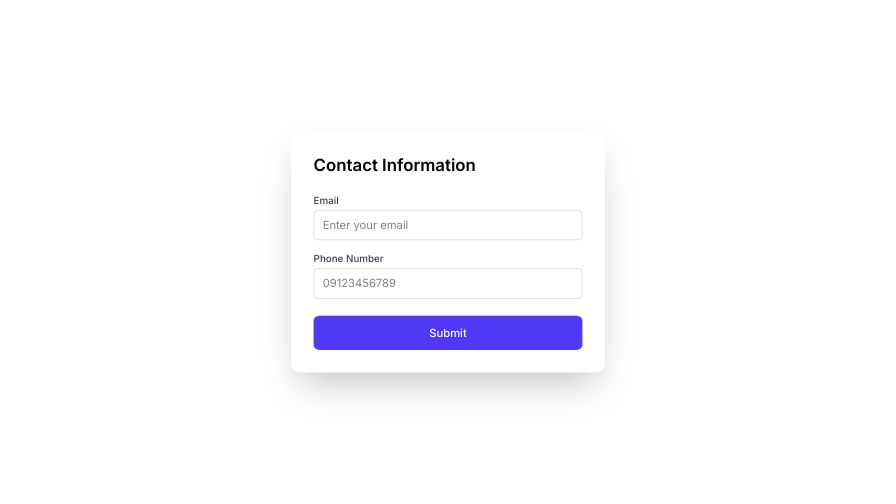
Repository: Rickyy1017/online-bookstore
Page: / (app in frontend/)
These files come from the project's save history. The page is drawn as it stood at one moment and after a run of saves; the edit follows.
The browser window is 1280 px wide. The pictures show the part of the page from y = 0 to 1920 px (the page is 720 px tall before and 4488 px after), at 70% of full size.
The project was rebuilt for these pictures with package versions that can differ from the ones it lists, and the page was loaded fresh each time. The framework's server and built-in components were replaced by stand-ins that run in the browser. Also part of the build but not shown: frontend/next.config.ts.

Above is the page before, as saved 2025-10-16 21:31:51.

### frontend/app/layout.tsx
import type { Metadata } from "next";
import { Geist, Geist_Mono } from "next/font/google";
import "./globals.css";
import { Toaster } from "react-hot-toast";

const geistSans = Geist({
  variable: "--font-geist-sans",
  subsets: ["latin"],
});

const geistMono = Geist_Mono({
  variable: "--font-geist-mono",
  subsets: ["latin"],
});

export const metadata: Metadata = {
  title: "Create Next App",
  description: "Generated by create next app",
};

export default function RootLayout({
  children,
}: Readonly<{
  children: React.ReactNode;
}>) {
  return (
    <html lang="en" suppressHydrationWarning>
      <body
        className={`${geistSans.variable} ${geistMono.variable} antialiased`}
      >
        {children}
        <Toaster position="top-right" />
      </body>
    </html>
  );
}

### frontend/app/page.tsx
"use client";

import { useState, useEffect } from 'react';
import Image from 'next/image';
import Link from 'next/link';
import toast from 'react-hot-toast';

type CartItem = {
  title: string;
  price: number;
  type: string;
};

export default function Page() {
  const [cart, setCart] = useState<CartItem[]>([]);
  const [isModalOpen, setIsModalOpen] = useState(false);
  const [isBannerVisible, setIsBannerVisible] = useState(true);
  const [hasSubmitted, setHasSubmitted] = useState(false);
  const [showModal, setShowModal] = useState(false);
  const [email, setEmail] = useState('');
  const [phone, setPhone] = useState('');
  const [emailError, setEmailError] = useState('');
  const [phoneError, setPhoneError] = useState('');

  const addToCart = (title: string, price: number, type: string) => {
    setCart(prev => [...prev, { title, price, type }]);
    toast.success(`${title} (${type}) added to cart!`);
  };

  const viewCart = () => {
    setIsModalOpen(true);
  };

  const closeCart = () => {
    setIsModalOpen(false);
  };

  const checkout = () => {
    toast('Checkout functionality not implemented yet.', { icon: 'ℹ️' });
  };

  const validateEmail = (email: string) => {
    const emailRegex = /^[^\s@]+@[^\s@]+\.[^\s@]+$/;
    return emailRegex.test(email);
  };

  const validatePhone = (phone: string) => {
    const phoneRegex = /^\d{10,15}$/;
    return phoneRegex.test(phone);
  };

  const handleInfoSubmit = async () => {
    let valid = true;
    setEmailError('');
    setPhoneError('');

    if (!email) {
      setEmailError('Email is required.');
      valid = false;
    } else if (!validateEmail(email)) {
      setEmailError('Please enter a valid email address.');
      valid = false;
    }

    if (!phone) {
      setPhoneError('Phone number is required.');
      valid = false;
    } else if (!validatePhone(phone)) {
      setPhoneError('Please enter a valid phone number (e.g., 09123456789).');
      valid = false;
    }

    if (!valid) return;

    try {
      const response = await fetch('http://localhost:3001/submission', {
        method: 'POST',
        headers: {
          'Content-Type': 'application/json',
        },
        body: JSON.stringify({ email, phone }),
      });

      if (!response.ok) {
        throw new Error(`HTTP error! status: ${response.status}`);
      }

      const result = await response.json();

      if (result.success) {
        toast.success('Information submitted successfully!');
        localStorage.setItem('submitted', 'true');
        setHasSubmitted(true);
      } else {
        toast.error('Error submitting information.');
      }
    } catch (error) {
      console.error('Error submitting information:', error);
      toast.error('Error submitting information. Please check if the backend is running.');
    }

    setEmail('');
    setPhone('');
    setEmailError('');
    setPhoneError('');
  };

  const totalPrice = cart.reduce((sum, item) => sum + item.price, 0);

  useEffect(() => {
    const submitted = localStorage.getItem('submitted');
    if (submitted === 'true') {
      setHasSubmitted(true);
    } else {
      const timer = setTimeout(() => {
        setShowModal(true);
      }, 4000);
      return () => clearTimeout(timer);
    }
  }, []);

  return (
    <>
      {hasSubmitted && (
        <>
          <header className="bg-white shadow-md border-b">
        <div className="container mx-auto px-4 py-4 flex justify-between items-center">
          <div className="flex items-center">
            <Image src="/images/logo.png" alt="Logo" width={80} height={100} className="mr-4" />
            <div>
              <h1 className="text-2xl font-bold text-gray-900">UNUSUAL USUAL MAN</h1>
              <p className="text-sm text-gray-600">Online Bookstore</p>
            </div>
          </div>
          <nav className="hidden md:flex space-x-6">
            <Link href="/" className="text-gray-700 font-medium hover:text-indigo-600 transition-colors">Home</Link>
            <Link href="/services" className="text-gray-700 font-medium hover:text-indigo-600 transition-colors">Services</Link>
            <Link href="/humanitarian-initiative" className="text-gray-700 font-medium hover:text-indigo-600 transition-colors">Humanitarian Initiative</Link>
            <Link href="/about" className="text-gray-700 font-medium hover:text-indigo-600 transition-colors">About Us</Link>
            <Link href="/contact" className="text-gray-700 font-medium hover:text-indigo-600 transition-colors">Contact</Link>
          </nav>
        </div>
      </header>

      <section className="bg-gradient-to-r from-indigo-50 to-purple-50 py-12 md:py-16">
        <div className="container mx-auto text-center px-4">
          <h2 className="text-3xl md:text-4xl font-bold text-gray-900 mb-4">Welcome to Our Online Bookstore</h2>
          <p className="text-lg md:text-xl text-gray-700 mb-8 max-w-2xl mx-auto">Discover inspiring and transformative books by Nathaneil C.U.Okoro. Empowering lives through literature and knowledge.</p>
          <div className="flex justify-center space-x-4">
            <Link href="#books" className="bg-white text-white px-8 py-3 rounded-lg hover:bg-indigo-700 transition-colors font-medium">Browse Books</Link>
            <Link href="/donate" className="bg-gray-200 text-gray-800 px-8 py-3 rounded-lg hover:bg-gray-300 transition-colors font-medium">Make a Donation</Link>
          </div>
        </div>
      </section>

      <button onClick={viewCart} className="fixed top-24 right-6 bg-indigo-600 text-white px-5 py-3 rounded-lg shadow-lg hover:bg-indigo-700 transition-all z-10">
        🛒 Cart ({cart.length})
      </button>

      <section id="books" className="container mx-auto py-12 md:py-16 px-4">
        <h2 className="text-2xl md:text-3xl font-bold text-center text-gray-900 mb-8 md:mb-12">Our Books</h2>
        <div className="grid grid-cols-1 md:grid-cols-2 lg:grid-cols-3 xl:grid-cols-4 gap-8">
          <div className="bg-white border border-gray-200 rounded-lg p-4 md:p-6 shadow-md">
            <Image src="/images/rep.jpg" alt="REPOSITION OF CHRIST" width={200} height={300} className="w-full h-48 md:h-64 object-cover rounded" />
            <h3 className="text-xl md:text-2xl font-bold text-gray-900 mb-2 text-center">REPOSITION OF CHRIST</h3>
            <p className="text-gray-600 text-center mb-4"><b>Author:</b> Nathaneil C.U.Okoro</p>
            <div className="text-center mb-4 md:mb-6">
              <p className="text-base md:text-lg text-gray-800 font-semibold">₦1000 (Soft Copy) | ₦1700 (Hard Copy)</p>
            </div>
            <div className="space-y-2">
              <button onClick={() => addToCart('REPOSITION OF CHRIST', 1000, 'Soft Copy')} className="w-full bg-indigo-600 text-white py-2 md:py-3 rounded-md hover:bg-indigo-700 transition-colors font-medium">Buy Soft Copy</button>
              <button onClick={() => addToCart('REPOSITION OF CHRIST', 1700, 'Hard Copy')} className="w-full bg-indigo-600 text-white py-2 md:py-3 rounded-md hover:bg-indigo-700 transition-colors font-medium">Buy Hard Copy</button>
            </div>
          </div>

        <div className="bg-white border border-gray-200 rounded-lg p-6 shadow-md">
          <Image src="/images/mypass.jpg" alt="DARE TO LIVE MY PASSION" width={200} height={300} className="w-full h-48 md:h-64 object-cover rounded" />
          <h3 className="text-2xl font-bold text-gray-900 mb-2 text-center">DARE TO LIVE MY PASSION</h3>
          <p className="text-gray-600 text-center mb-4"><b>Author:</b> Nathaneil C.U.Okoro</p>
          <div className="text-center mb-6">
            <p className="text-lg text-gray-800 font-semibold">₦8,500 (Soft Copy) | ₦22,000 (Hard Copy)</p>
          </div>
          <div className="space-y-2">
            <button onClick={() => addToCart('DARE TO LIVE MY PASSION', 8500, 'Soft Copy')} className="w-full bg-indigo-600 text-white py-3 rounded-md hover:bg-indigo-700 transition-colors font-medium">Buy Soft Copy</button>
            <button onClick={() => addToCart('DARE TO LIVE MY PASSION', 22000, 'Hard Copy')} className="w-full bg-indigo-600 text-white py-3 rounded-md hover:bg-indigo-700 transition-colors font-medium">Buy Hard Copy</button>
          </div>
        </div>

        <div className="bg-white border border-gray-200 rounded-lg p-6 shadow-md">
          <Image src="/images/nige.jpg" alt="NIGERIA ENTERPRISE" width={200} height={300} className="w-full h-48 md:h-64 object-cover rounded" />
          <h3 className="text-2xl font-bold text-gray-900 mb-2 text-center">NIGERIA ENTERPRISE</h3>
          <p className="text-gray-600 text-center mb-4"><b>Author:</b> Nathaneil C.U.Okoro</p>
          <div className="text-center mb-6">
            <p className="text-lg text-gray-800 font-semibold">₦4,000 (Soft Copy) | ₦6,000 (Hard Copy)</p>
          </div>
          <div className="space-y-2">
            <button onClick={() => addToCart('NIGERIA ENTERPRISE', 4000, 'Soft Copy')} className="w-full bg-indigo-600 text-white py-3 rounded-md hover:bg-indigo-700 transition-colors font-medium">Buy Soft Copy</button>
            <button onClick={() => addToCart('NIGERIA ENTERPRISE', 6000, 'Hard Copy')} className="w-full bg-indigo-600 text-white py-3 rounded-md hover:bg-indigo-700 transition-colors font-medium">Buy Hard Copy</button>
          </div>
        </div>

        <div className="bg-white border border-gray-200 rounded-lg p-6 shadow-md">
          <Image src="/images/dare.jpg" alt="DARE TO SMILE IN THE DARKNESS OF LIFE" width={200} height={300} className="w-full h-48 md:h-64 object-cover rounded" />
          <h3 className="text-2xl font-bold text-gray-900 mb-2 text-center">DARE TO SMILE <br /> IN THE DARKNESS OF LIFE</h3>
          <p className="text-gray-600 text-center mb-4"><b>Author:</b> Nathaneil C.U.Okoro</p>
          <div className="text-center mb-6">
            <p className="text-lg text-gray-800 font-semibold">₦3,000 (Soft Copy) | ₦5,000 (Hard Copy)</p>
          </div>
          <div className="space-y-2">
            <button onClick={() => addToCart('DARE TO SMILE IN THE DARKNESS OF LIFE', 3000, 'Soft Copy')} className="w-full bg-indigo-600 text-white py-3 rounded-md hover:bg-indigo-700 transition-colors font-medium">Buy Soft Copy</button>
            <button onClick={() => addToCart('DARE TO SMILE IN THE DARKNESS OF LIFE', 5000, 'Hard Copy')} className="w-full bg-indigo-600 text-white py-3 rounded-md hover:bg-indigo-700 transition-colors font-medium">Buy Hard Copy</button>
          </div>
        </div>

        <div className="bg-white border border-gray-200 rounded-lg p-6 shadow-md">
          <Image src="/images/grasee (1).jpg" alt="GRASS TO GRACE" width={200} height={300} className="w-full h-48 md:h-64 object-cover rounded" />
          <h3 className="text-2xl font-bold text-gray-900 mb-2 text-center">GRASS TO GRACE</h3>
          <p className="text-gray-600 text-center mb-4"><b>Author:</b> Nathaneil C.U.Okoro</p>
          <div className="text-center mb-6">
            <p className="text-lg text-gray-800 font-semibold">₦7,000 (Soft Copy) | ₦16,000 (Hard Copy)</p>
          </div>
          <div className="space-y-2">
            <button onClick={() => addToCart('GRASS TO GRACE', 7000, 'Soft Copy')} className="w-full bg-indigo-600 text-white py-3 rounded-md hover:bg-indigo-700 transition-colors font-medium">Buy Soft Copy</button>
            <button onClick={() => addToCart('GRASS TO GRACE', 16000, 'Hard Copy')} className="w-full bg-indigo-600 text-white py-3 rounded-md hover:bg-indigo-700 transition-colors font-medium">Buy Hard Copy</button>
          </div>
        </div>

        <div className="bg-white border border-gray-200 rounded-lg p-6 shadow-md">
          <Image src="/images/dark.png" alt="DARKNESS AT NOONDAY DARE TO CHANGE THE SCRIPT" width={200} height={300} className="w-full rounded" />
          <h3 className="text-2xl font-bold text-gray-900 mb-2 text-center">DARKNESS AT NOONDAY <br /> DARE TO CHANGE THE SCRIPT</h3>
          <p className="text-gray-600 text-center mb-4"><b>Author:</b> Nathaneil C.U.Okoro</p>
          <div className="text-center mb-6">
            <p className="text-lg text-gray-800 font-semibold">₦10,000 (Soft Copy) | ₦18,000 (Hard Copy)</p>
          </div>
          <div className="space-y-2">
            <button onClick={() => addToCart('DARKNESS AT NOONDAY DARE TO CHANGE THE SCRIPT', 10000, 'Soft Copy')} className="w-full bg-indigo-600 text-white py-3 rounded-md hover:bg-indigo-700 transition-colors font-medium">Buy Soft Copy</button>
            <button onClick={() => addToCart('DARKNESS AT NOONDAY DARE TO CHANGE THE SCRIPT', 18000, 'Hard Copy')} className="w-full bg-indigo-600 text-white py-3 rounded-md hover:bg-indigo-700 transition-colors font-medium">Buy Hard Copy</button>
          </div>
        </div>

        <div className="bg-white border border-gray-200 rounded-lg p-6 shadow-sm">
          <h2 className="text-xl font-bold text-gray-900 mb-4">Upcoming Books</h2>
          <ul className="list-disc list-inside text-gray-700 space-y-1">
            <li>EDGU KINGDOM IN HISTORY</li>
            <li>UNUSUAL USUAL MAN.</li>
            <li>THE NIGERIA RAINWAY SYSTEM JUNK & JEWEL.</li>
            <li>NIGERIA INSTITUTE OF TRANSPORT TECHOLOGY ZARIA IN HISTORY.</li>
          </ul>
        </div>
        </div>
      </section>

      <div className="bg-gray-50 py-12">
        <div className="container mx-auto text-center">
          <h2 className="text-3xl font-bold text-gray-900 mb-8">COVENANT DAYCARE GARDEN FOUNDATION</h2>
          <div className="flex flex-col md:flex-row justify-center gap-4 md:gap-8 mb-8">
            <Image src="/images/daycare1.png" alt="Daycare 1" width={300} height={200} className="w-full rounded-lg shadow-md" />
            <Image src="/images/daycare2.jpg" alt="Daycare 2" width={300} height={200} className="w-full rounded-lg shadow-md" />
          </div>
          <p className="text-gray-600 max-w-2xl mx-auto">A proud initiative dedicated to supporting elders and widows in need through community care and support programs.</p>
        </div>
      </div>

      {isModalOpen && (
        <div className="fixed inset-0 bg-black bg-opacity-50 flex justify-center items-center z-50">
          <div className="bg-white p-8 rounded-xl shadow-2xl max-w-lg w-full mx-4">
            <div className="flex justify-between items-center mb-6">
              <h2 className="text-2xl font-bold text-gray-900">Your Cart</h2>
              <span onClick={closeCart} className="cursor-pointer text-3xl text-gray-400 hover:text-gray-600">&times;</span>
            </div>
            <ul className="mb-6 space-y-2">
              {cart.map((item, index) => (
                <li key={index} className="text-gray-700 bg-gray-100 p-3 rounded">{item.title} - {item.type} - ₦{item.price}</li>
              ))}
            </ul>
            <div className="flex justify-between items-center mb-6">
              <p className="text-xl font-semibold text-gray-900">Total: ₦{totalPrice}</p>
            </div>
            <button onClick={checkout} className="w-full bg-indigo-600 text-white px-6 py-3 rounded-lg hover:bg-indigo-700 font-medium">Proceed to Checkout</button>
          </div>
        </div>
      )}

      <footer className="bg-gray-800 text-white py-12 mt-16">
        <div className="container mx-auto px-4">
          <div className="text-center mb-8">
            <p className="text-lg font-semibold">© 2025 Covenant Books & Consulting. All Rights Reserved.</p>
            <p className="text-gray-300 mt-2">Empowering lives through literature, community support, and global business expertise.</p>
          </div>
          <nav className="flex justify-center mb-8 space-x-6">
            <Link href="/about" className="text-gray-200 hover:text-indigo-400 transition-colors">About Us</Link>
            <Link href="/services" className="text-gray-200 hover:text-indigo-400 transition-colors">Services</Link>
            <Link href="/contact" className="text-gray-200 hover:text-indigo-400 transition-colors">Contact Us</Link>
          </nav>
          <div className="flex justify-center mb-8 space-x-4">
            <a href="#" className="text-gray-300 hover:text-indigo-400 transition-colors">Facebook</a>
            <a href="#" className="text-gray-300 hover:text-indigo-400 transition-colors">Twitter</a>
            <a href="#" className="text-gray-300 hover:text-indigo-400 transition-colors">LinkedIn</a>
          </div>
          <p className="text-center text-gray-300">Covenant Daycare Garden Foundation is a proud initiative dedicated to supporting elders and widows in need.</p>
        </div>
      </footer>
        </>
      )}

      {!hasSubmitted && showModal && (
        <div className="fixed inset-0 backdrop-blur-md flex justify-center items-center z-50">
          <div className="bg-white p-8 rounded-xl shadow-2xl max-w-md w-full mx-4">
            <div className="flex justify-between items-center mb-6">
              <h2 className="text-2xl font-bold text-gray-900">Contact Information</h2>
            </div>
            <div className="space-y-4">
              <div>
                <label className="block text-sm font-medium text-gray-700 mb-1">Email</label>
                <input
                  type="email"
                  value={email}
                  onChange={(e) => setEmail(e.target.value)}
                  className={`w-full px-3 py-2 border rounded-md focus:outline-none focus:ring-2 focus:ring-indigo-500 ${emailError ? 'border-red-500' : 'border-gray-300'}`}
                  placeholder="Enter your email"
                />
                {emailError && <p className="text-red-500 text-sm mt-1">{emailError}</p>}
              </div>
              <div>
                <label className="block text-sm font-medium text-gray-700 mb-1">Phone Number</label>
                <input
                  type="tel"
                  value={phone}
                  onChange={(e) => setPhone(e.target.value)}
                  className={`w-full px-3 py-2 border rounded-md focus:outline-none focus:ring-2 focus:ring-indigo-500 ${phoneError ? 'border-red-500' : 'border-gray-300'}`}
                  placeholder="09123456789"
                />
                {phoneError && <p className="text-red-500 text-sm mt-1">{phoneError}</p>}
              </div>
            </div>
            <button onClick={handleInfoSubmit} className="w-full bg-indigo-600 text-white px-6 py-3 rounded-lg hover:bg-indigo-700 font-medium mt-6">Submit</button>
          </div>
        </div>
      )}
    </>
  );
}

### frontend/app/globals.css
@import url('https://fonts.googleapis.com/css2?family=Inter:wght@300;400;500;600;700&display=swap');
@import "tailwindcss";

:root {
  --background: #ffffff;
  --foreground: #000000;
  --accent: #4f46e5;
  --accent-hover: #3730a3;
}

@theme inline {
  --color-background: var(--background);
  --color-foreground: var(--foreground);
  --font-sans: 'Inter', sans-serif;
  --font-mono: var(--font-geist-mono);
}

body {
  background: var(--background);
  color: var(--foreground);
  font-family: 'Inter', sans-serif;
  line-height: 1.6;
}

h1, h2, h3, h4, h5, h6 {
  font-weight: 600;
  color: var(--foreground);
}

a {
  color: var(--accent);
  transition: color 0.2s ease;
}

a:hover {
  color: var(--accent-hover);
}

button {
  transition: all 0.2s ease;
}

After the next 2 saves:
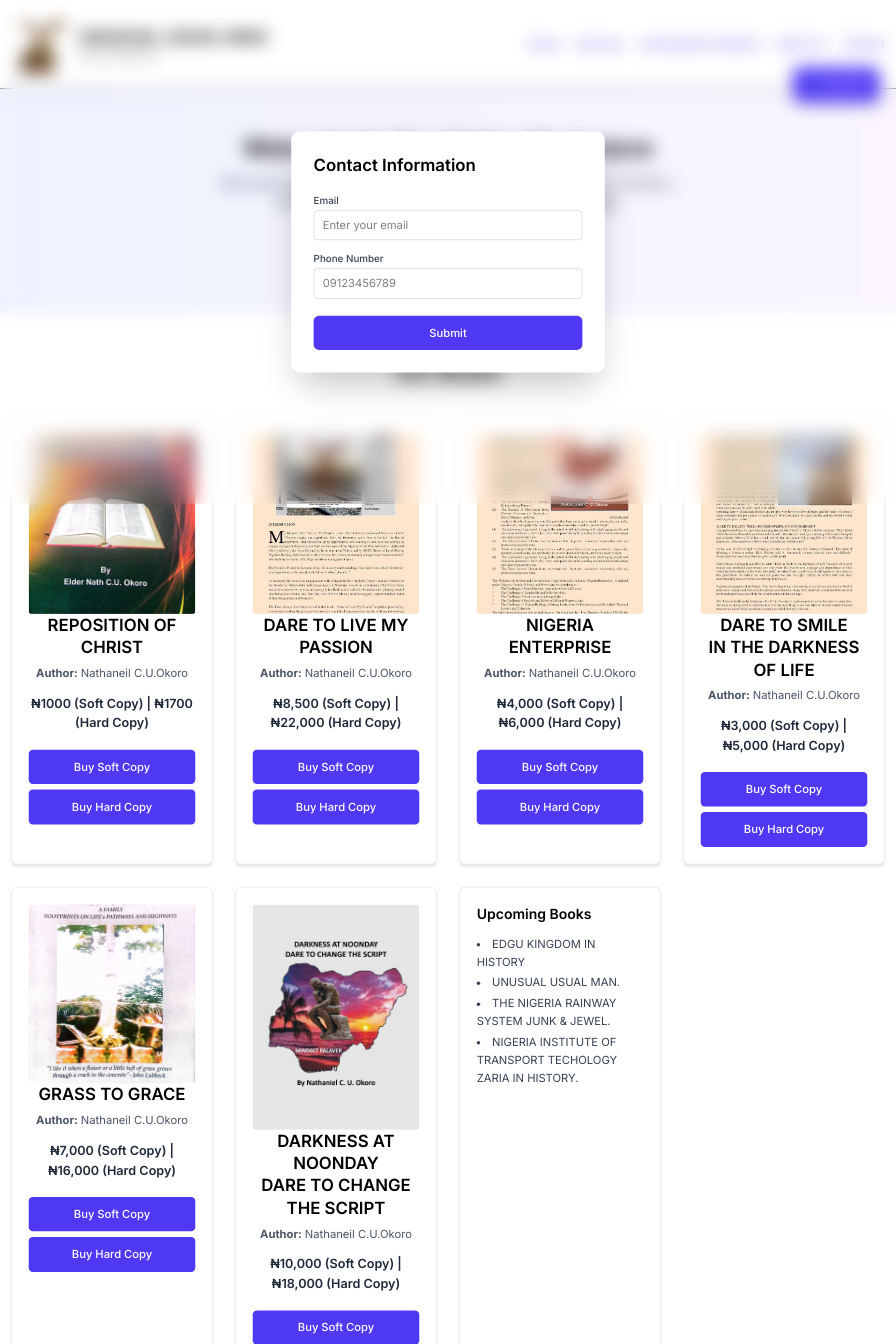
The 2 saves are shown as one change because 1 did not build or start.
The last was saved 2 min 19 s later.
--- a/frontend/app/page.tsx
+++ b/frontend/app/page.tsx
@@ -121,9 +121,7 @@ export default function Page() {
 
   return (
     <>
-      {hasSubmitted && (
-        <>
-          <header className="bg-white shadow-md border-b">
+      <header className="bg-white shadow-md border-b">
         <div className="container mx-auto px-4 py-4 flex justify-between items-center">
           <div className="flex items-center">
             <Image src="/images/logo.png" alt="Logo" width={80} height={100} className="mr-4" />
@@ -300,8 +298,6 @@ export default function Page() {
           <p className="text-center text-gray-300">Covenant Daycare Garden Foundation is a proud initiative dedicated to supporting elders and widows in need.</p>
         </div>
       </footer>
-        </>
-      )}
 
       {!hasSubmitted && showModal && (
         <div className="fixed inset-0 backdrop-blur-md flex justify-center items-center z-50">
